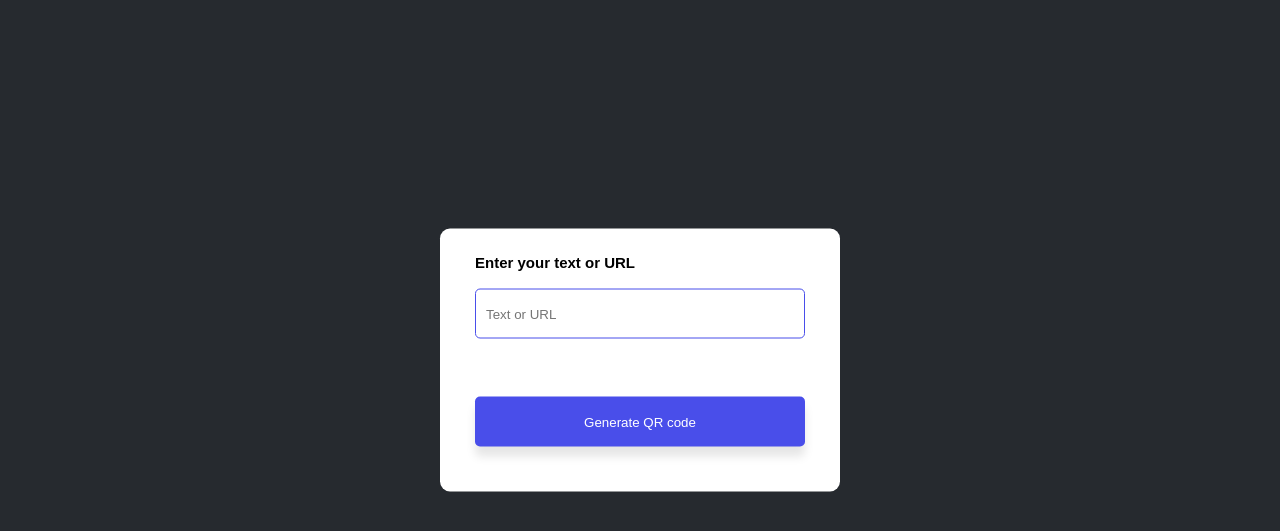
Repository: joeltorcato/QR.CODE
Page: index.html
The author's editor kept a copy of each file at every save. The page is drawn from the files as they stood at one save, then again after the next save.
The browser window is 1280 px wide. The pictures show the whole page.

Above is the page before, as saved 2024-01-01 09:44:19.

After the next save:
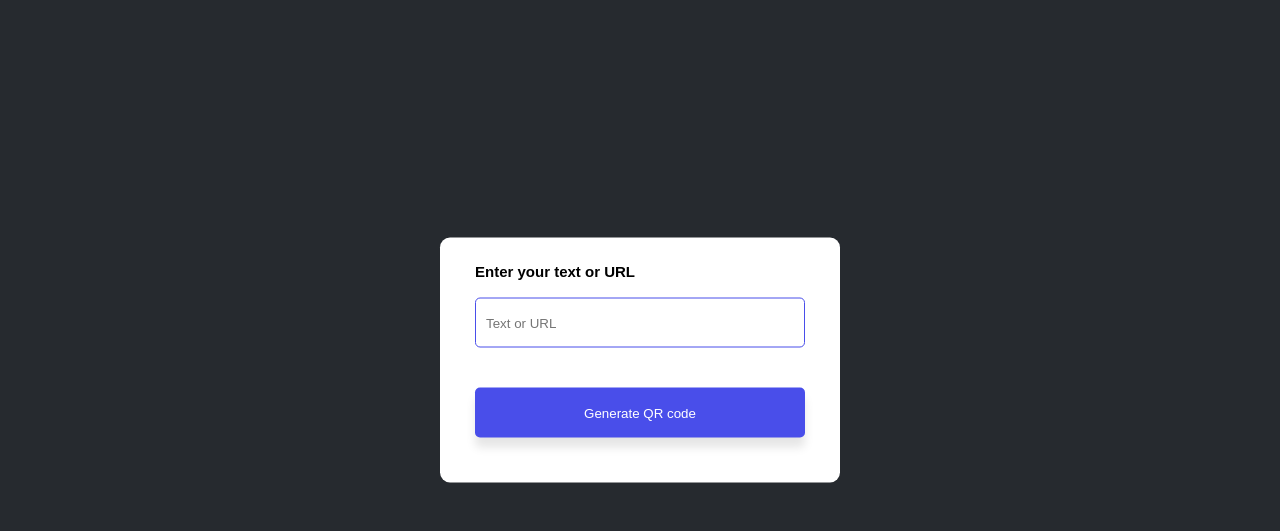
Saved 3 min 10 s later.
--- a/style.css
+++ b/style.css
@@ -50,3 +50,22 @@
     margin: 20px 0;
     font-weight: 500;
 }
+
+/*image*/
+#imgBox{
+    width: 200px;
+    border-radius: 5px;
+    max-height: 0;
+    overflow: hidden;
+}
+
+#imgBox img{
+    width: 100%;
+    padding: 10px;
+}
+
+#imgBox.show-img{
+    max-height: 300px;
+    margin: 10px auto;
+    border: 1px solid #d1d1d1;
+}
